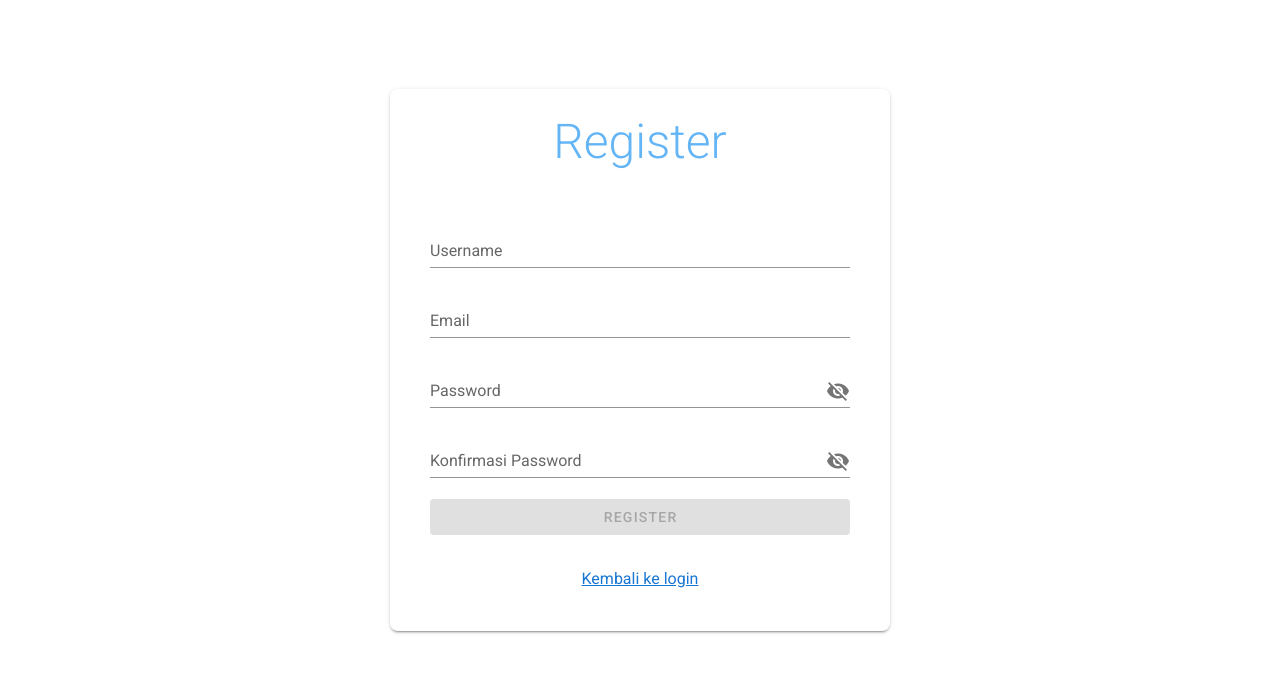
Repository: wildanpurnomo/kulia-fe
Page: /register
An editor plug-in stored every save of this project. The page is shown before and after a run of saves, followed by the edit.
The browser window is 1280 px wide. The pictures show the whole page.
The page's requests for data from a server got no answer. The project was rebuilt for these pictures with package versions that can differ from the ones it lists, and the page was loaded fresh each time. No one was signed in, and anything a server would have sent is missing. Also part of the build but not shown: vue.config.js. Imported but missing from the stored project, and not drawn on this page: src/views/partials/main/MyProfile.vue.

Above is the page before, as saved 2020-11-27 22:32:25.

After the next 4 saves:
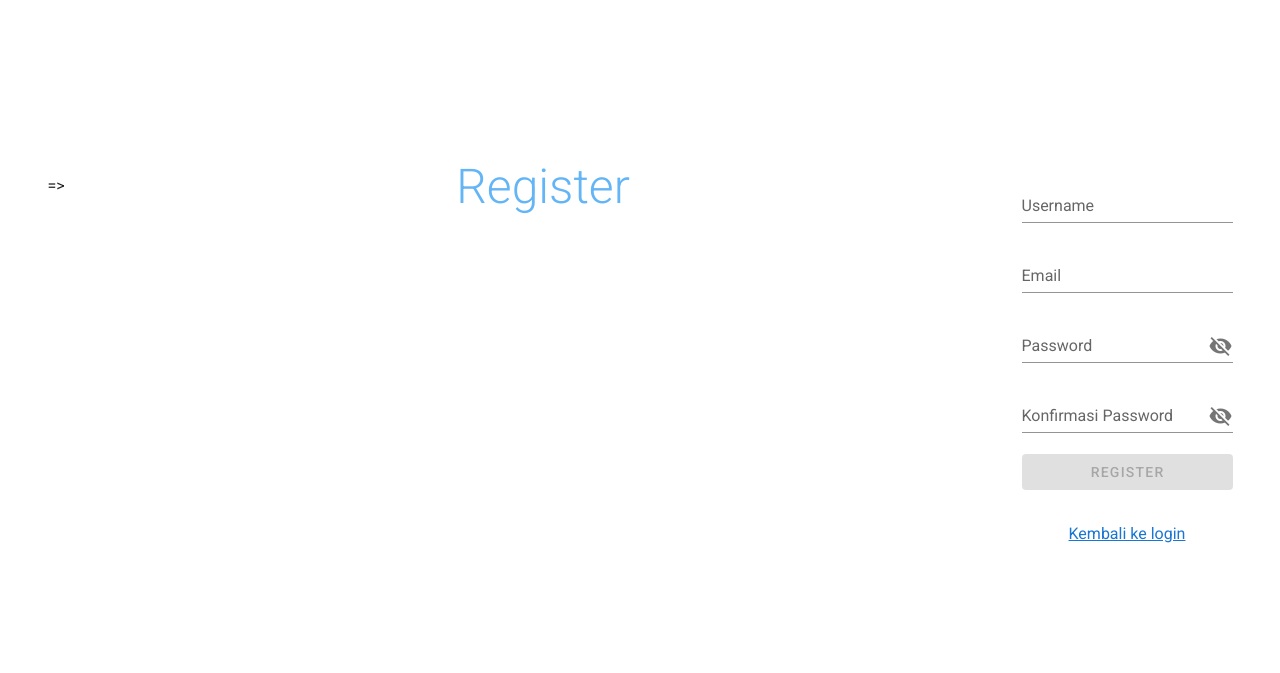
The 4 saves are shown as one change because 1 did not build or start and some came seconds apart.
The last was saved 20 s later.
--- a/src/views/partials/auth/Register.vue
+++ b/src/views/partials/auth/Register.vue
@@ -3,7 +3,7 @@
     <v-row>
       <v-col cols="12">
         <v-row justify="center">
-          <v-card class="pa-10 rounded-lg" width="500">
+          <v-card class="pa-10 rounded-lg" width="500" :color=>
             <v-row justify="center">
               <div
                 class="mb-16 text-h3 font-weight-light blue--text text--lighten-2"

After the 2 saves that followed:
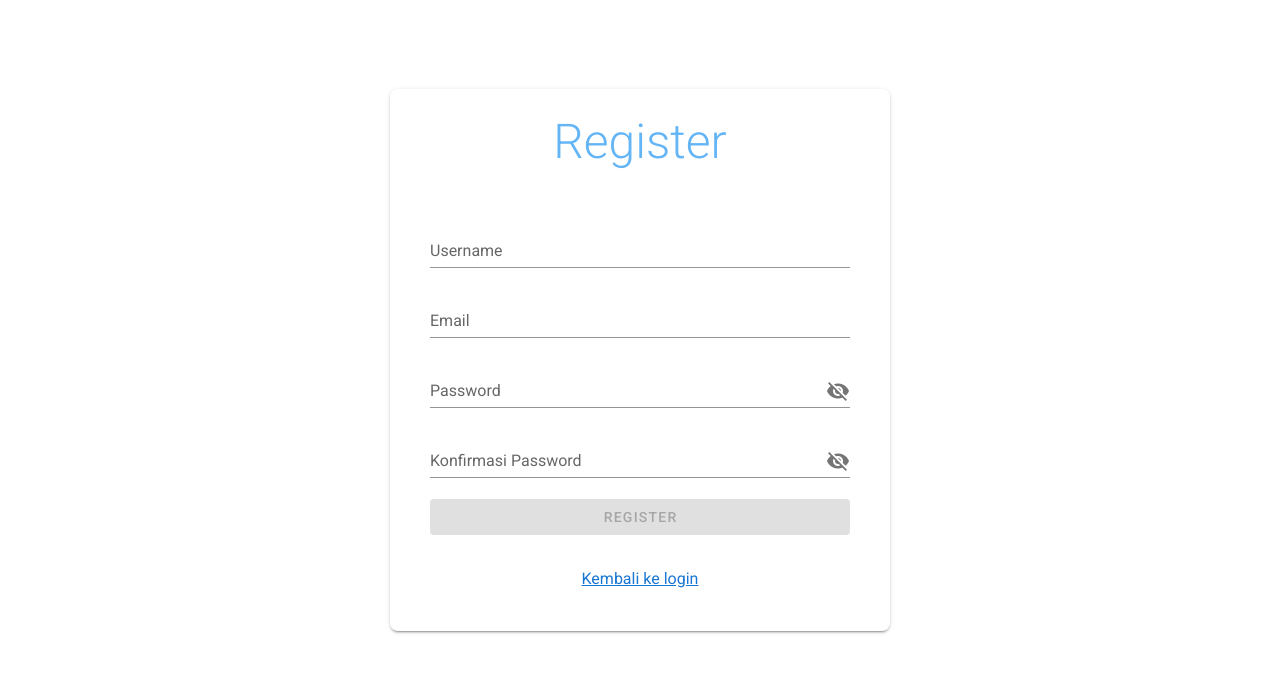
The 2 saves are shown as one change because they came seconds apart.
The last was saved 10 s later.
--- a/src/views/partials/auth/Register.vue
+++ b/src/views/partials/auth/Register.vue
@@ -3,7 +3,7 @@
     <v-row>
       <v-col cols="12">
         <v-row justify="center">
-          <v-card class="pa-10 rounded-lg" width="500" :color=>
+          <v-card class="pa-10 rounded-lg" width="500" :color="colorTheme">
             <v-row justify="center">
               <div
                 class="mb-16 text-h3 font-weight-light blue--text text--lighten-2"
